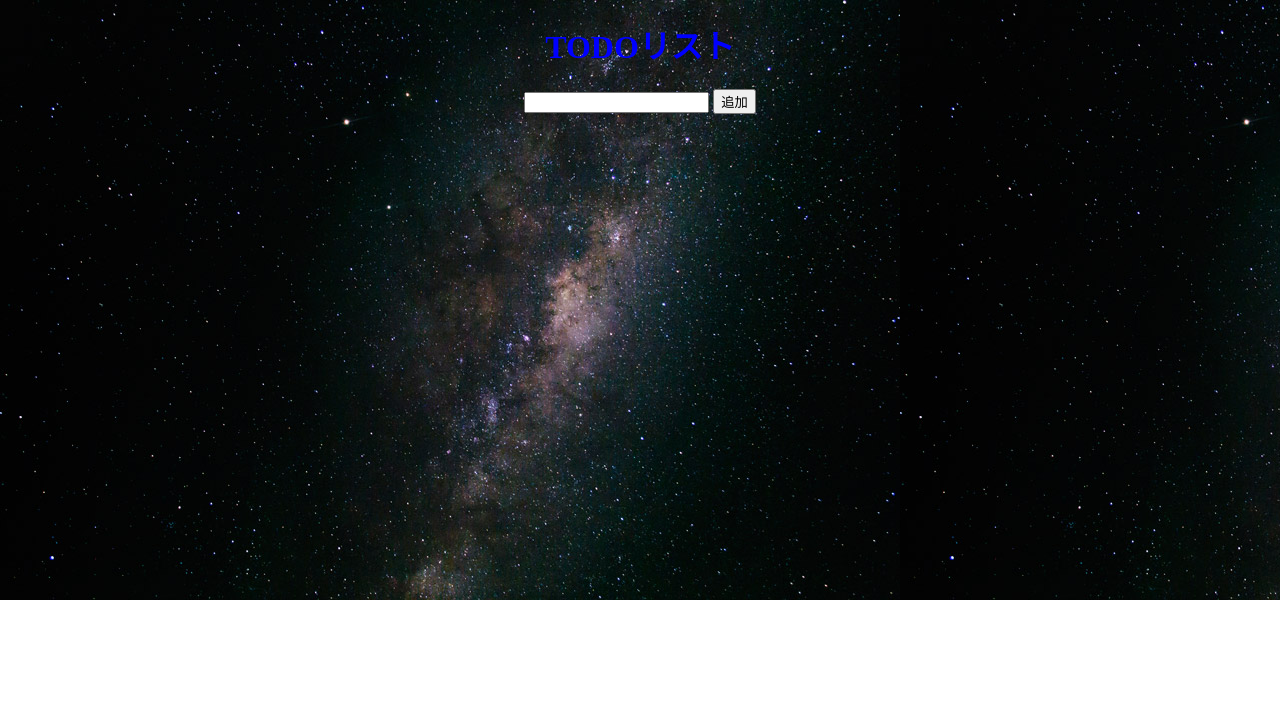
Repository: kntb2565/todolist
Page: src/index.html
The author's editor kept a copy of each file at every save. The page is drawn from the files as they stood at one save, then again after the next save.
The browser window is 1280 px wide. The pictures show the whole page.

Above is the page before, as saved 2018-10-22 12:48:34.

After the next save:
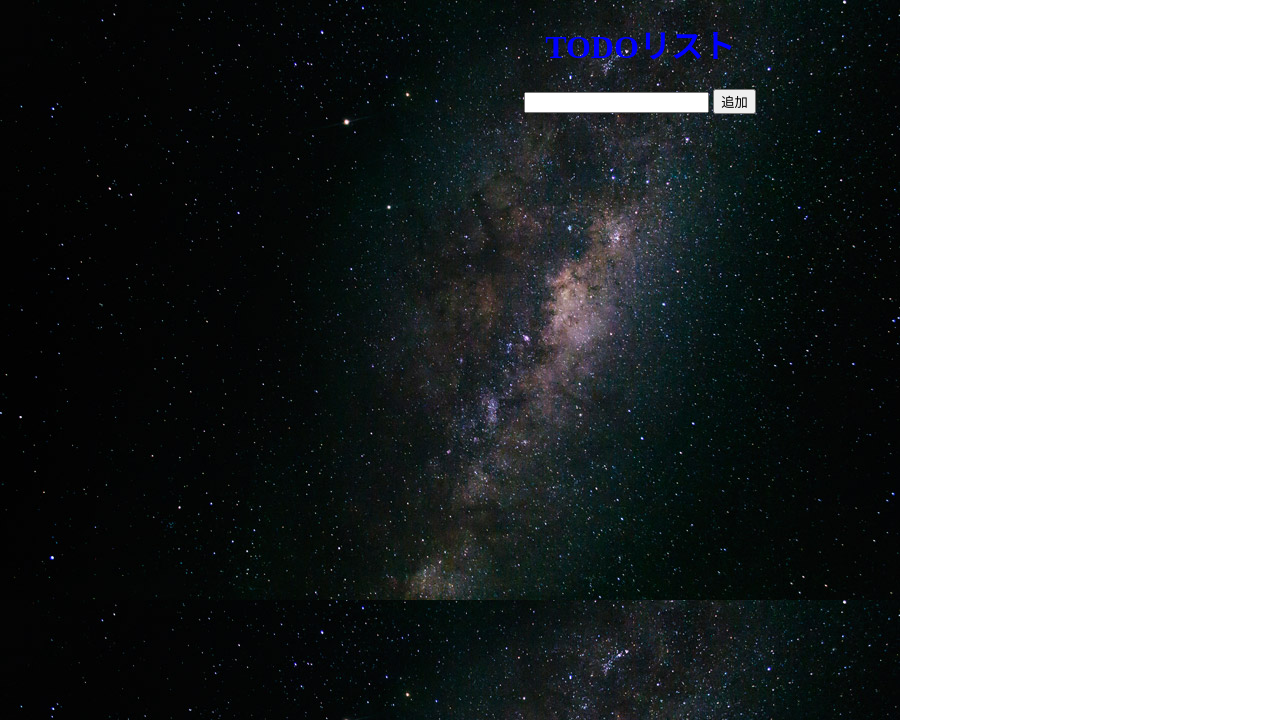
Saved 31 s later.
--- a/src/index.html
+++ b/src/index.html
@@ -8,6 +8,7 @@
     body {
         background-image: url("img/utyu3.jpg");
         background-repeat: repeat-x;
+        background-repeat: repeat-y;
     }
   </style>
 </head>

After the 2 saves that followed:
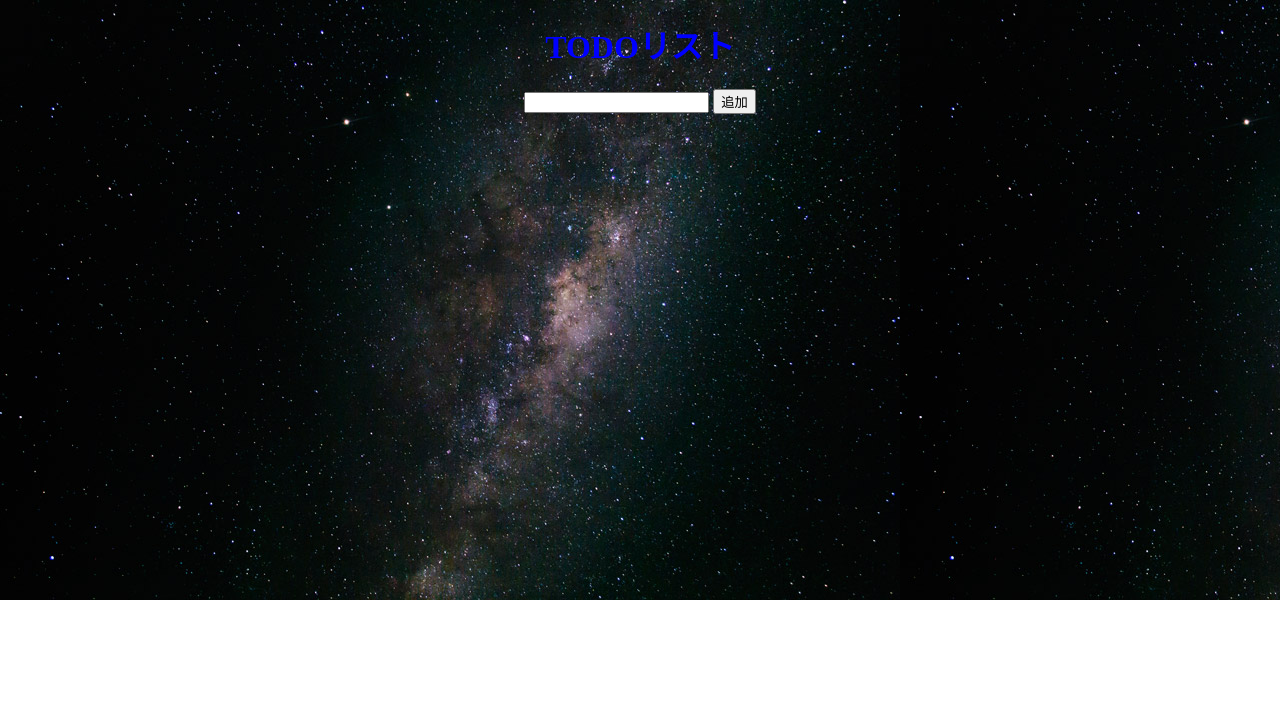
The 2 saves are shown as one change because 1 left the picture as it was.
The last was saved 22 s later.
--- a/src/index.html
+++ b/src/index.html
@@ -8,7 +8,6 @@
     body {
         background-image: url("img/utyu3.jpg");
         background-repeat: repeat-x;
-        background-repeat: repeat-y;
     }
   </style>
 </head>
